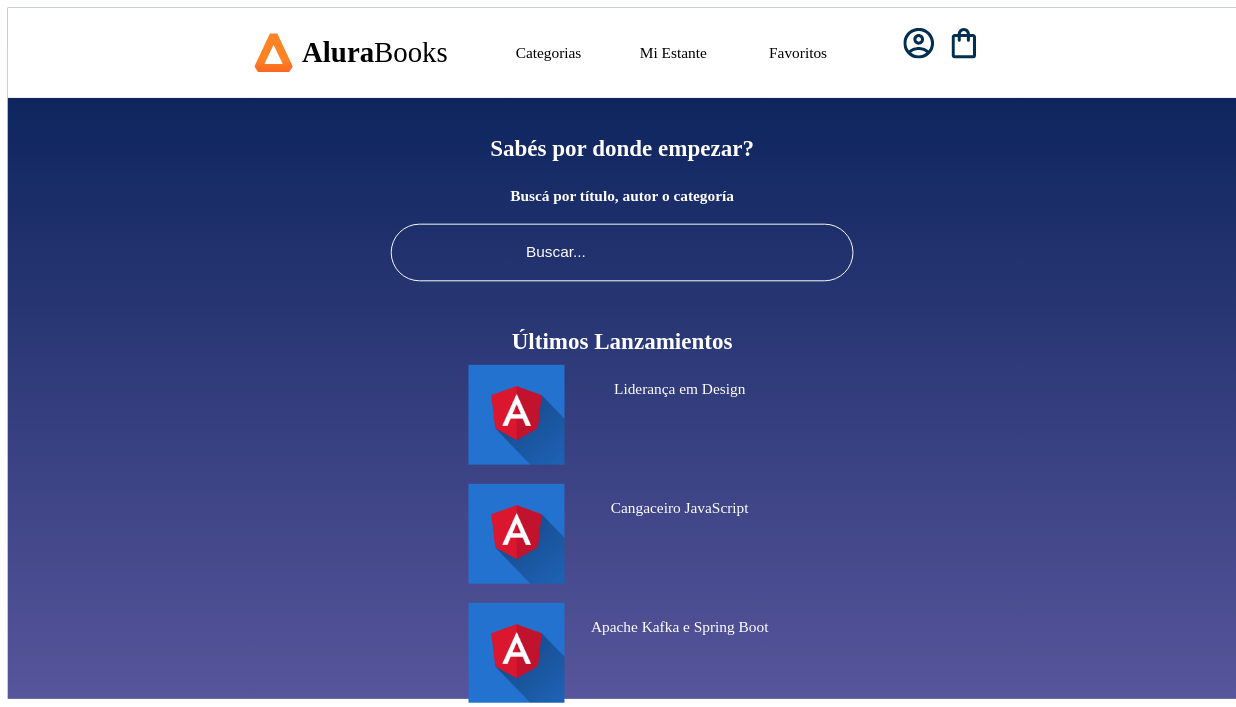
Repository: SandroG1977/Alura.Books
Page: /
The author's editor kept a copy of each file at every save. The page is drawn from the files as they stood at one save, then again after the next save.
The browser window is 1280 px wide. The page is 1288 px wide, so the pictures cover 1288 px, including what lies to the right of the window. The pictures show the whole page, at 96% of full size.
The project was rebuilt for these pictures with package versions that can differ from the ones it lists, and the page was loaded fresh each time.

Above is the page before, as saved 2026-04-09 17:18:58.

### src/index.js
import React from 'react';
import ReactDOM from 'react-dom/client';
import App from './App';
import reportWebVitals from './reportWebVitals';
import { createGlobalStyle } from 'styled-components';

const GlobalStyle = createGlobalStyle`
    body {
      margin: 0;
      font-family: -apple-system, BlinkMacSystemFont, 'Segoe UI', 'Roboto', 'Oxygen',
        'Ubuntu', 'Cantarell', 'Fira Sans', 'Droid Sans', 'Helvetica Neue',
        sans-serif;
      -webkit-font-smoothing: antialiased;
      -moz-osx-font-smoothing: grayscale;
    }

    code {
      font-family: source-code-pro, Menlo, Monaco, Consolas, 'Courier New',
        monospace;
    }

    li{
      list-style: none;
    }
`;

const root = ReactDOM.createRoot(document.getElementById('root'));
root.render(
  <React.StrictMode>
    <App />
  </React.StrictMode>
);

// If you want to start measuring performance in your app, pass a function
// to log results (for example: reportWebVitals(console.log))
// or send to an analytics endpoint. Learn more: https://bit.ly/CRA-vitals
reportWebVitals();

### src/App.js
import styled from 'styled-components';
import Header from './components/Header';
import Search from './components/Search';
import UltimosLanzamientos from './components/UltimoLanzamientos';

const AppContainer = styled.div`
  width: 100vw;
  height: 100vh;
  background-image: linear-gradient(to bottom, #031e55, #57559b);


li{
    list-style: none;
}
`;

function App() {
  return (
    <AppContainer>
      <Header />
      <Search />
      <UltimosLanzamientos />
    </AppContainer>
  );
}

export default App;

### src/components/Header/index.js
import Logo from '../logo';
import OptionsHeader from '../OptionsHeader';
import IconesHeader from '../IconosHeader';
import styled from 'styled-components';

const HeaderContainer = styled.header`
    background-color: white;
    display: flex;
    justify-content: center;
`;

function Header() {
    return (
        <HeaderContainer>
            <Logo />
            <OptionsHeader />
            <IconesHeader />
        </HeaderContainer>
    );
}

export default Header;

### src/components/Search/index.js
import { useState } from 'react';
import Input from '../Input';
import styled from 'styled-components';

import livro from '../../images/livro.png'

export const livros = [
    { nome: 'Liderança em Design', id: 1, src: livro },
    { nome: 'JavaScript Assertivo', id: 2, src: livro },
    { nome: 'Cangaceiro em JavaScript', id: 3, src: livro },
    { nome: 'Aventureiros do Java', id: 4, src: livro },
]

const SearchContainer = styled.section`
    display: flex;
    flex-direction: column;
    align-items: center;
    justify-content: center;
    padding: 20px;
`;

const Titulo = styled.h2`
    font-size: 24px;
    color: #FFF;
    margin-bottom: 10px;
`;

const Subtitulo = styled.h3`
    font-size: 16px;
    color: #FFF;
    margin-bottom: 20px;
`;

const ResultadosContainer = styled.div`
    display: flex;
    justify-content: center;
    align-items: center;
    margin-bottom: 20px;
    gap: 20px;
    cursor: pointer;

    img {
        width: 100px;
    }

    p { width: 200px; text-align: center; color: #FFF; }

    &:hover {
            transform: scale(1.05);
            transition: transform 0.2s ease-in-out;
        border: 1px solid white;
    }
`;

function Search() {
    const [librosEncontrados, setLibrosEncontrados] = useState([]);
    return (
        <SearchContainer>
            <Titulo>Sabés por donde empezar?</Titulo>
            <Subtitulo>Buscá por título, autor o categoría</Subtitulo>
            <Input
                placeholder="Buscar..."
                onBlur={event => {

                    const query = event.target.value.toLowerCase();
                    const encontrados = livros.filter(livro =>
                        livro.nome.toLowerCase().includes(query)
                    );
                    setLibrosEncontrados(encontrados);
                }
                }
            />
            {librosEncontrados.map(livro => {
                return (
                    <ResultadosContainer key={livro.id}>
                        <img src={livro.src} alt={livro.nome} /><p>{livro.nome}</p>

                    </ResultadosContainer>
                );
            })}

        </SearchContainer>
    );
}

export default Search;

### src/components/UltimoLanzamientos/index.js
import styled from 'styled-components';

import livro from '../../images/livro2.png';

export const livros = [
    { nome: 'Liderança em Design', src: livro, id: 1 },
    { nome: 'Cangaceiro JavaScript', src: livro, id: 3 },
    { nome: 'Apache Kafka e Spring Boot', src: livro, id: 4 }
]

const Titulo = styled.h2`
    font-size: 24px;
    color: #FFF;
    margin-bottom: 10px;
    text-align: center;
`;

const LibroContainer = styled.div`
    display: flex;
    justify-content: center;
    align-items: flex-start;
    flex-direction: row;
    margin-bottom: 20px;
    gap: 20px;

    img {
        width: 100px;
    }

    p { width: 200px; text-align: center; color: #FFF; }
`;

function UltimosLanzamientos() {
    return (
        <section>
            <Titulo>Últimos Lanzamientos</Titulo>
            {livros.map(livro => {
                return (
                    <LibroContainer key={livro.id}>
                        <img src={livro.src} alt={livro.nome} />
                        <p>{livro.nome}</p>
                    </LibroContainer>
                );
            })}
        </section>
    );
}

export default UltimosLanzamientos;

### src/components/logo/index.js
import logo from '../../images/logo.svg';
import styled from 'styled-components';

const LogoContainer = styled.div`
    display: flex;
    font-size: 30px;
    margin-left: 5px;
`;

const LogoImage = styled.img`
    width: 40px;
    margin-right: 10px;
`;


function Logo() {
    return (
        <LogoContainer>
            <LogoImage src={logo} alt="Logo Alura Books" />
            <p><strong>Alura</strong>Books</p>
        </LogoContainer>
    );
}

export default Logo;

### src/components/OptionsHeader/index.js

import styled from 'styled-components';

const OpcionesContainer = styled.ul`
    display: flex;
`;

const Opcion = styled.li`
    font-size: 16px;
    display: flex;
    justify-content: center;
    align-items: center;
    text-align: center;
    height: 100%;
    padding: 0 5px;
    cursor: pointer;
    min-width: 120px;
`;



const textoOpciones = ['Categorias', 'Mi Estante', 'Favoritos'];


function OptionsHeader() {
    return (
        <OpcionesContainer>
            {textoOpciones.map((opcion, index) => (
                <Opcion key={index}><p>{opcion}</p></Opcion>
            ))}
        </OpcionesContainer>
    );
}

export default OptionsHeader;

### src/components/IconosHeader/index.js
import perfil from '../../images/perfil.svg';
import carrito from '../../images/sacola.svg';
import styled from 'styled-components';

const IconosContainer = styled.ul`
    display: flex;
`;

const Icono = styled.li`
    width: 40px;
    margin:5px;
`;

const iconosOpciones = [perfil, carrito];

function IconesHeader() {
    return (
        <IconosContainer>
            {iconosOpciones.map((icono, index) => (
                <Icono><img src={icono} alt={`Icono ${index}`} /></Icono>
            ))}
        </IconosContainer>
    );
}

export default IconesHeader;

### src/components/Input/index.js
import syled from 'styled-components';

const Input = syled.input`
    border: 1px solid #FFF;
    background: transparent;
    border: 1px solid #FFF;
    padding: 20px 140px;
    border-radius: 50px;
    width: 200px;
    color: #FFF;
    font-size: 16px;
    margin-bottom: 10px;

    &::placeholder {
            color: #FFF;
            font-size: 16px;
    }
`;


export default Input;

Loaded but not shown: public/index.html (common file); src/reportWebVitals.js (common file)

After the next save:
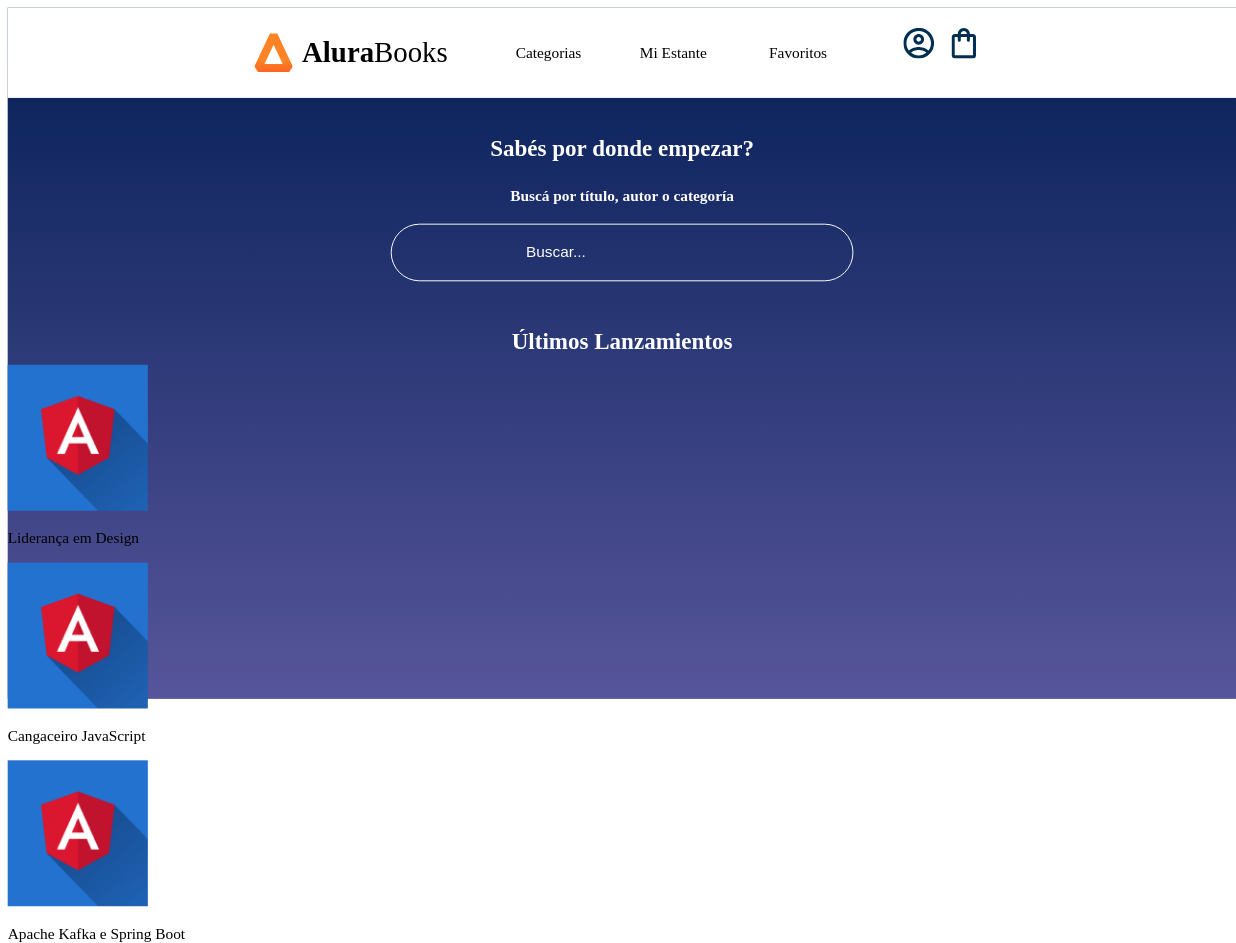
Saved 45 s later.
--- a/src/components/UltimoLanzamientos/index.js
+++ b/src/components/UltimoLanzamientos/index.js
@@ -16,18 +16,7 @@
 `;
 
 const LibroContainer = styled.div`
-    display: flex;
-    justify-content: center;
-    align-items: flex-start;
-    flex-direction: row;
-    margin-bottom: 20px;
-    gap: 20px;
 
-    img {
-        width: 100px;
-    }
-
-    p { width: 200px; text-align: center; color: #FFF; }
 `;
 
 function UltimosLanzamientos() {

After the save that followed:
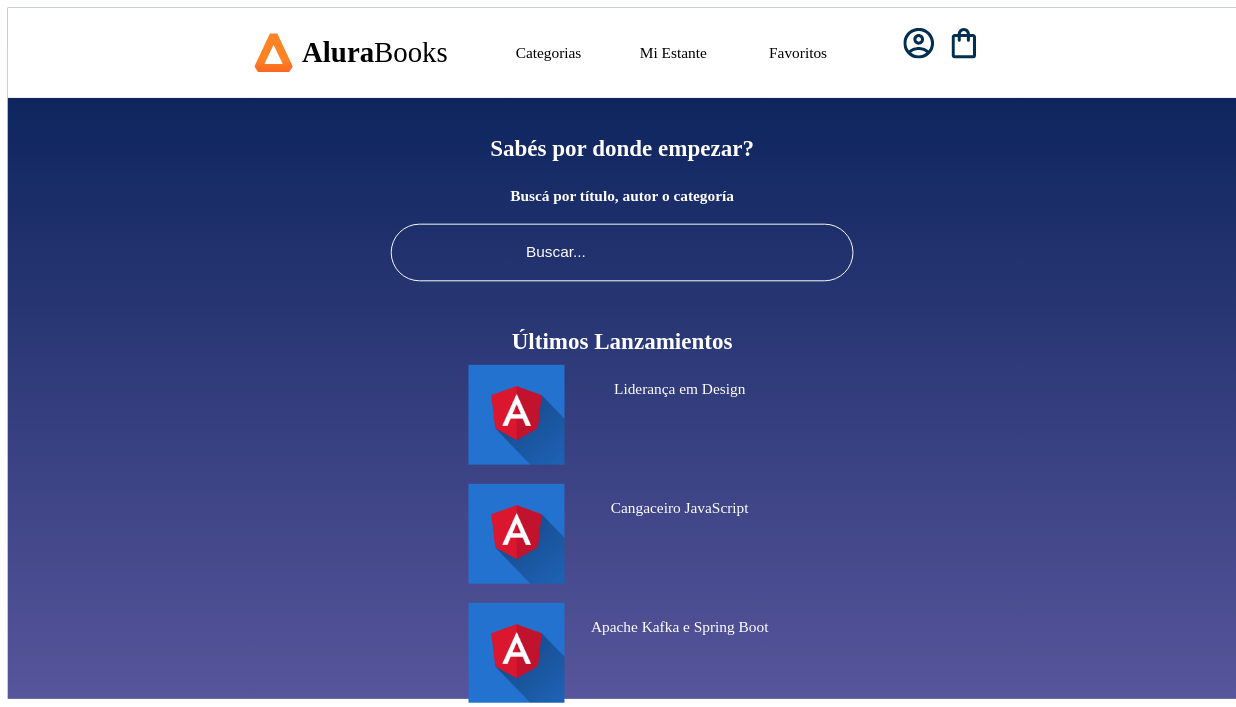
Saved 11 s later.
--- a/src/components/UltimoLanzamientos/index.js
+++ b/src/components/UltimoLanzamientos/index.js
@@ -16,7 +16,18 @@
 `;
 
 const LibroContainer = styled.div`
+    display: flex;
+    justify-content: center;
+    align-items: flex-start;
+    flex-direction: row;
+    margin-bottom: 20px;
+    gap: 20px;
 
+    img {
+        width: 100px;
+    }
+
+    p { width: 200px; text-align: center; color: #FFF; }
 `;
 
 function UltimosLanzamientos() {
